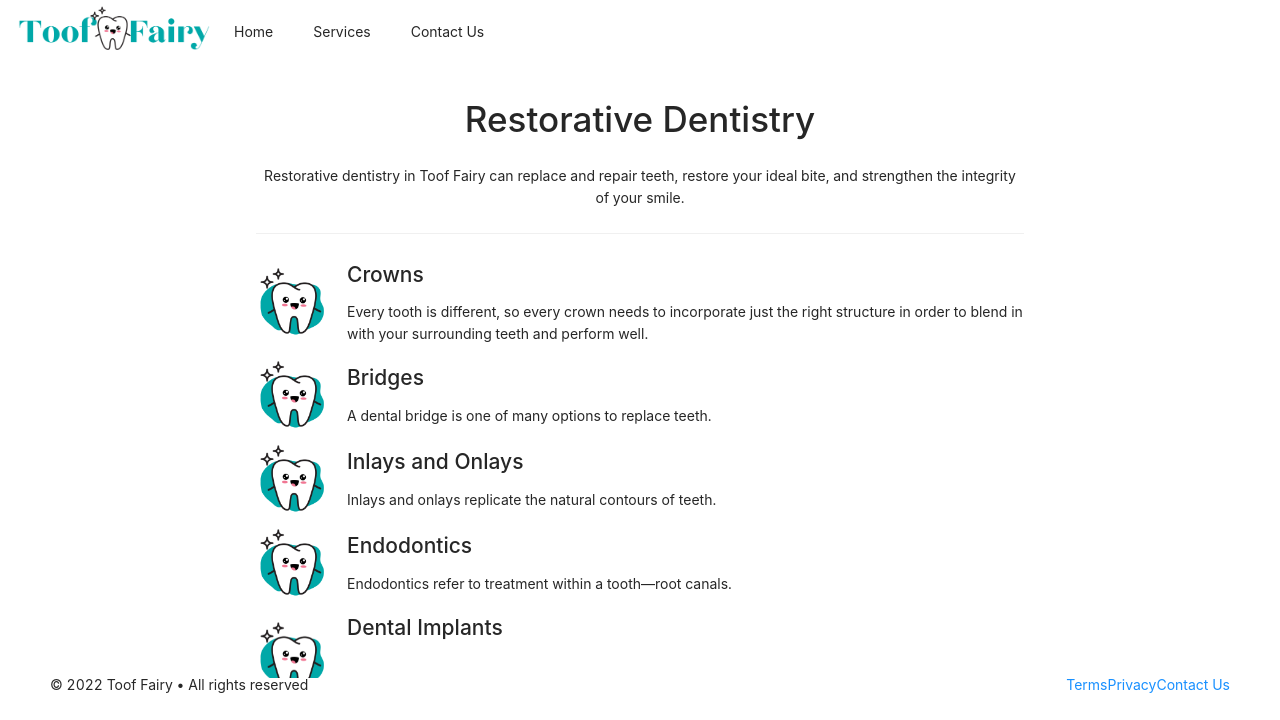
Repository: neldad1/dentist-app
Page: /restorative
An editor plug-in stored every save of this project. The page is shown before and after a run of saves, followed by the edit.
The browser window is 1280 px wide. The pictures show the whole page.
An inner scrolling area shows only its first screen. The project was rebuilt for these pictures with package versions that can differ from the ones it lists, and the page was loaded fresh each time. Also part of the build but not shown: src/components/Home.jsx, src/components/Contact.jsx, src/components/Services/Cosmetic.jsx, src/components/Services/Preventative.jsx, src/components/Footer/Terms.jsx, src/components/Footer/Privacy.jsx.

Above is the page before, as saved 2022-03-10 14:23:37.

### public/index.html
<!DOCTYPE html>
<html lang="en">
  <head>
    <meta charset="utf-8" />
    <link rel="icon" href="%PUBLIC_URL%/favicon.svg" type="image/svg+xml">
    <meta name="viewport" content="width=device-width, initial-scale=1" />
    <meta name="theme-color" content="#000000" />
    <meta
      name="description"
      content="Web site created using create-react-app"
    />
    <link rel="apple-touch-icon" href="%PUBLIC_URL%/logo192.png" />
    <!--
      manifest.json provides metadata used when your web app is installed on a
      user's mobile device or desktop. See https://developers.google.com/web/fundamentals/web-app-manifest/
    -->
    <link rel="manifest" href="%PUBLIC_URL%/manifest.json" />
    <!--
      Notice the use of %PUBLIC_URL% in the tags above.
      It will be replaced with the URL of the `public` folder during the build.
      Only files inside the `public` folder can be referenced from the HTML.

      Unlike "/favicon.ico" or "favicon.ico", "%PUBLIC_URL%/favicon.ico" will
      work correctly both with client-side routing and a non-root public URL.
      Learn how to configure a non-root public URL by running `npm run build`.
    -->
    <title>React App</title>
  </head>
  <body>
    <noscript>You need to enable JavaScript to run this app.</noscript>
    <div id="root"></div>
    <!--
      This HTML file is a template.
      If you open it directly in the browser, you will see an empty page.

      You can add webfonts, meta tags, or analytics to this file.
      The build step will place the bundled scripts into the <body> tag.

      To begin the development, run `npm start` or `yarn start`.
      To create a production bundle, use `npm run build` or `yarn build`.
    -->
  </body>
</html>

### src/index.js
import React from 'react';
import ReactDOM from 'react-dom';
import './index.css';
import App from './App';
import reportWebVitals from './reportWebVitals';

ReactDOM.render(
  //<React.StrictMode>
  <App />,
  //</React.StrictMode>,
  document.getElementById('root')
);

// If you want to start measuring performance in your app, pass a function
// to log results (for example: reportWebVitals(console.log))
// or send to an analytics endpoint. Learn more: https://bit.ly/CRA-vitals
reportWebVitals();

### src/App.js
import { BrowserRouter } from 'react-router-dom';

import 'antd/dist/antd.min.css';
import './App.css';
import AppRoutes from './AppRoutes';
import { Layout } from 'antd';
import HeaderLogo from './components/Header/HeaderLogo';
import Navigation from './components/Header/Navigation';
import FooterMenu from './components/Footer/FooterMenu';
const { Header, Footer, Content } = Layout;

function App() {
  return (
    <BrowserRouter>
      <Layout className="layout">
        <Header className="header">
          <HeaderLogo />
          <Navigation />
        </Header>
        <Content>
          <AppRoutes />
        </Content>
        <Footer className="footer">
          <span>© 2022 Toof Fairy • All rights reserved </span>
          <FooterMenu />
        </Footer>
      </Layout>
    </BrowserRouter>
  );
}

export default App;

### src/App.css

h1 {
  font-size: 2.5em;
}

.layout {
  height: 100vh;
  width: 100vw;
  text-align: center;
  background: #fff;
}

.header {
  background: #fff;
  padding: 0 1em;
}

.menu {
  background: #fff;
  border: none;
  outline: none;
}

.logo {
  width: 200px;
  height: 50px;
  float: left;
  margin-top: 4px;
}

.footer {
  background: #fff;
  display: flex;
  justify-content: space-between;
  align-items: center;
}

.footer-menu {
  display: flex;
  justify-content: space-evenly;
}

.intro-wrapper {
  text-align: center;
}

.home {
  width: 100%;
  height: 100%;
  margin: 2em 0;
  display: flex;
  justify-content: center;
  align-items: center;
  background-image: url('/public/tfBackground.jpg');
  background-size: cover;
  background-repeat: no-repeat;
}

.content-wrapper {
  width: 50%;
  font-family: 'Segoe UI', sans-serif;
  margin-left: 10em;
  color: whitesmoke;
  display: block;
}
.tagline1 {
  font-weight: bolder;
  font-size: 2em;
  margin: 0;
  line-height: 1;
}

.contact-form {
  text-align: left;
}

.main-content {
  height: 100%;
  width: 60%;
  overflow-y: scroll;
  display: block;
  margin: 2em auto;
}

.service-info {
  display: flex;
  text-align: left;
  margin-bottom: 1em;
  align-items: center;
}

.service-definition {
  margin-left: 1.5em;
}

@media screen and (max-width: 768px) {
  .main-content {
    width: 100%;
    margin: 0.5em;
  }
}

### src/AppRoutes.jsx
import { Route, Routes } from 'react-router-dom';
import Home from './components/Home';
import Contact from './components/Contact';
import Cosmetic from './components/Services/Cosmetic';
import Restorative from './components/Services/Restorative';
import Preventative from './components/Services/Preventative';
import Terms from './components/Footer/Terms';
import Privacy from './components/Footer/Privacy';

const AppRoutes = () => {
  return (
    <Routes>
      <Route exact path="/" element={<Home />} />
      <Route path="/cosmetic" element={<Cosmetic />} />
      <Route path="/restorative" element={<Restorative />} />
      <Route path="/preventative" element={<Preventative />} />
      <Route path="/contact" element={<Contact />} />
      <Route path="/terms" element={<Terms />} />
      <Route path="/privacy" element={<Privacy />} />
    </Routes>
  );
};

export default AppRoutes;

### src/components/Header/HeaderLogo.jsx
import { Link } from 'react-router-dom';

const HeaderLogo = () => {
  return (
    <Link to="/">
      <img className="logo" src={require('./tfLogo.png')} alt="TF" />
    </Link>
  );
};

export default HeaderLogo;

### src/components/Header/Navigation.jsx
import { Link } from 'react-router-dom';
import { Menu } from 'antd';
const { SubMenu } = Menu;

const Navigation = () => {
  return (
    <Menu mode="horizontal" className="menu">
      <Menu.Item key="home">
        <span>Home</span>
        <Link to="/" />
      </Menu.Item>
      <SubMenu key="subMenu" title="Services">
        <Menu.Item key="cosmetic">
          <span>Cosmetic</span>
          <Link to="/cosmetic" />
        </Menu.Item>
        <Menu.Item key="restore">
          <span>Restorative</span>
          <Link to="/restorative" />
        </Menu.Item>
        <Menu.Item key="prevent">
          <span>Preventative</span>
          <Link to="/preventative" />
        </Menu.Item>
      </SubMenu>
      <Menu.Item key="contact">
        <span>Contact Us</span>
        <Link to="/contact" />
      </Menu.Item>
    </Menu>
  );
};

export default Navigation;

### src/components/Footer/FooterMenu.js
import { Link } from 'react-router-dom';

const FooterMenu = () => {
  return (
    <div className="footer-menu">
      <Link to="/terms"> Terms </Link>
      <Link to="/privacy"> Privacy </Link>
      <Link to="/contact"> Contact Us </Link>
    </div>
  );
};

export default FooterMenu;

### src/components/Services/Restorative.jsx
import { Divider } from 'antd';
import ToofImg from './ToofImg';

const Restorative = () => {
  return (
    <div className="main-content">
      <div>
        <h1>Restorative Dentistry</h1>
        <p>
          Restorative dentistry in Toof Fairy can replace and repair teeth,
          restore your ideal bite, and strengthen the integrity of your smile.
        </p>
      </div>
      <Divider />
      <div className="service-info">
        <ToofImg />
        <div className="service-definition">
          <h2>Crowns</h2>
          <span>
            Every tooth is different, so every crown needs to incorporate just
            the right structure in order to blend in with your surrounding teeth
            and perform well.
          </span>
        </div>
      </div>
      <div className="service-info">
        <ToofImg />
        <div className="service-definition">
          <h2>Bridges</h2>
          <span>A dental bridge is one of many options to replace teeth.</span>
        </div>
      </div>
      <div className="service-info">
        <ToofImg />
        <div className="service-definition">
          <h2>Inlays and Onlays</h2>
          <span>
            Inlays and onlays replicate the natural contours of teeth.
          </span>
        </div>
      </div>
      <div className="service-info">
        <ToofImg />
        <div className="service-definition">
          <h2>Endodontics</h2>
          <span>
            Endodontics refer to treatment within a tooth—root canals.
          </span>
        </div>
      </div>
      <div className="service-info">
        <ToofImg />
        <div className="service-definition">
          <h2>Dental Implants</h2>
          <span>
            Dental Care Seattle offers dental implants that can amaze you with
            their natural appearance and strong foundation.
          </span>
        </div>
      </div>
    </div>
  );
};

export default Restorative;

### src/components/Services/ToofImg.jsx
import { Image } from 'antd';

const ToofImg = () => {
  return (
    <div>
      <Image
        width={70}
        preview={false}
        src={require('./toof.png')}
        alt="toof"
      />
    </div>
  );
};

export default ToofImg;

Loaded but not shown: src/index.css (common file); src/reportWebVitals.js (common file)

After the next 2 saves:
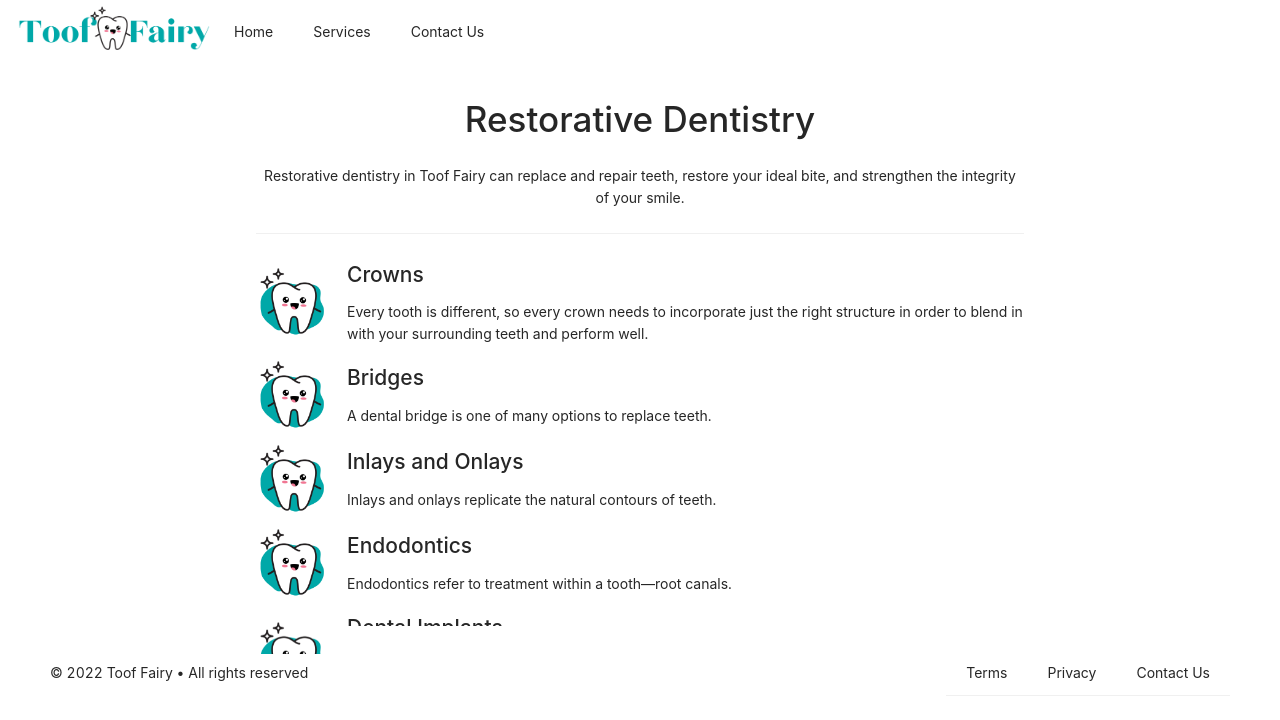
The 2 saves are shown as one change because 1 did not build or start.
The last was saved 4 min 17 s later.
--- a/src/components/Footer/FooterMenu.js
+++ b/src/components/Footer/FooterMenu.js
@@ -1,12 +1,22 @@
 import { Link } from 'react-router-dom';
+import { Menu } from 'antd';
 
 const FooterMenu = () => {
   return (
-    <div className="footer-menu">
-      <Link to="/terms"> Terms </Link>
-      <Link to="/privacy"> Privacy </Link>
-      <Link to="/contact"> Contact Us </Link>
-    </div>
+    <Menu mode="horizontal">
+      <Menu.Item key="terms">
+        <span>Terms</span>
+        <Link to="/terms" />
+      </Menu.Item>
+      <Menu.Item key="privacy">
+        <span>Privacy</span>
+        <Link to="/terms" />
+      </Menu.Item>
+      <Menu.Item key="contact">
+        <span>Contact Us</span>
+        <Link to="/contact" />
+      </Menu.Item>
+    </Menu>
   );
 };
 
